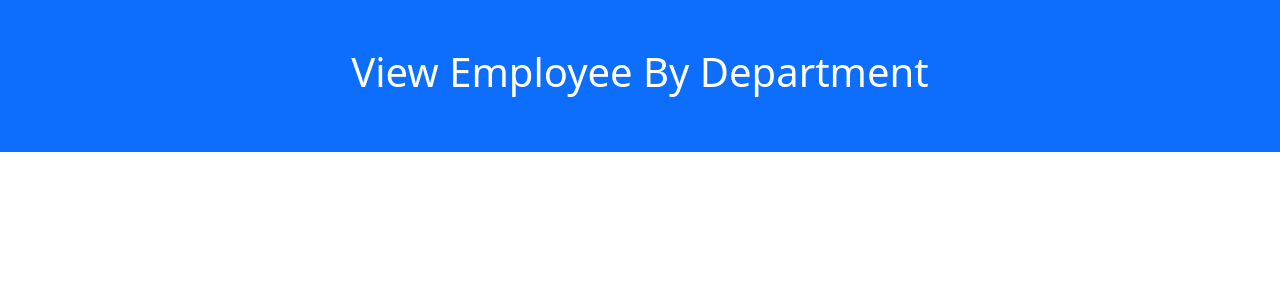
Repository: Rishicollinz/Java_Fullstack
Page: http://localhost/jspproject/view/bydept.jsp
These files come from the project's save history. The page is drawn as it stood at one moment and after the next save; the edit follows.
The browser window is 1280 px wide. The pictures show the whole page.
The page is served by Tomcat 9. Queries for data that is not in the repository find no rows.

Above is the page before, as saved 2023-05-18 15:50:42.

### Eclipse 2/jspproject/src/main/webapp/view/bydept.jsp
<%@ page language="java" contentType="text/html; charset=UTF-8"
    pageEncoding="UTF-8"%>
<!DOCTYPE html>
<html>
<head>
<meta charset="UTF-8">
<title>View Employee By department</title>

<link href="https://cdn.jsdelivr.net/npm/bootstrap@5.2.3/dist/css/bootstrap.min.css" rel="stylesheet">
<script src="https://cdn.jsdelivr.net/npm/bootstrap@5.2.3/dist/js/bootstrap.bundle.min.js"></script>

</head>
<body>

<div class="container-fluid p-5 bg-primary text-white text-center">
  <h1>View Employee By Department</h1>
</div>
<%@ page import="java.sql.*" %>
<%@ page import="javax.sql.*" %>
<%
String dept=request.getParameter("deptName");

Class.forName("com.mysql.cj.jdbc.Driver");
final String db_url="jdbc:mysql://localhost:3306/jspproject";
final String user="root";
Connection con=null;
con=DriverManager.getConnection(db_url, user, "");


%>
</body>
</html>

After the next save:
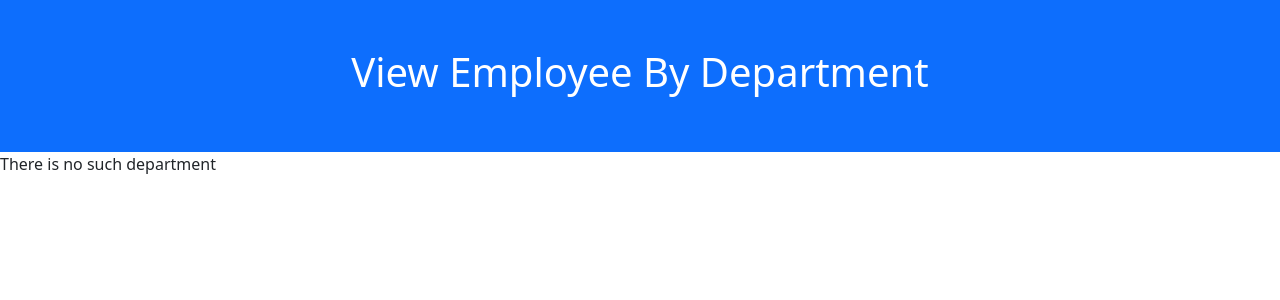
Saved 83 s later.
--- a/Eclipse 2/jspproject/src/main/webapp/view/bydept.jsp
+++ b/Eclipse 2/jspproject/src/main/webapp/view/bydept.jsp
@@ -26,7 +26,16 @@
 Connection con=null;
 con=DriverManager.getConnection(db_url, user, "");
 
+String qry="Select * from users where department=?";
+PreparedStatement prt=con.prepareStatement(qry);
+prt.setString(1,dept);
+ResultSet rs=prt.executeQuery();
+if(rs.next()){
+	out.println("Welcome "+rs.getString(2));
 
+}else{
+	out.println("There is no such department");
+}
 %>
 </body>
 </html>

After the 3 saves that followed:
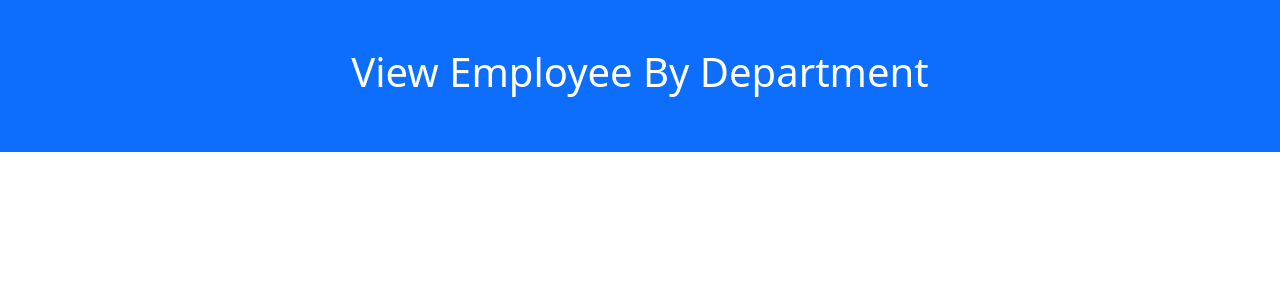
The 3 saves are shown as one change because 1 left the picture as it was and some came seconds apart.
The last was saved 10 min 31 s later.
--- a/Eclipse 2/jspproject/src/main/webapp/view/bydept.jsp
+++ b/Eclipse 2/jspproject/src/main/webapp/view/bydept.jsp
@@ -26,15 +26,13 @@
 Connection con=null;
 con=DriverManager.getConnection(db_url, user, "");
 
-String qry="Select * from users where department=?";
+String qry="Select * from employee where department=?";
 PreparedStatement prt=con.prepareStatement(qry);
 prt.setString(1,dept);
 ResultSet rs=prt.executeQuery();
-if(rs.next()){
+while(rs.next()){
 	out.println("Welcome "+rs.getString(2));
 
-}else{
-	out.println("There is no such department");
 }
 %>
 </body>
